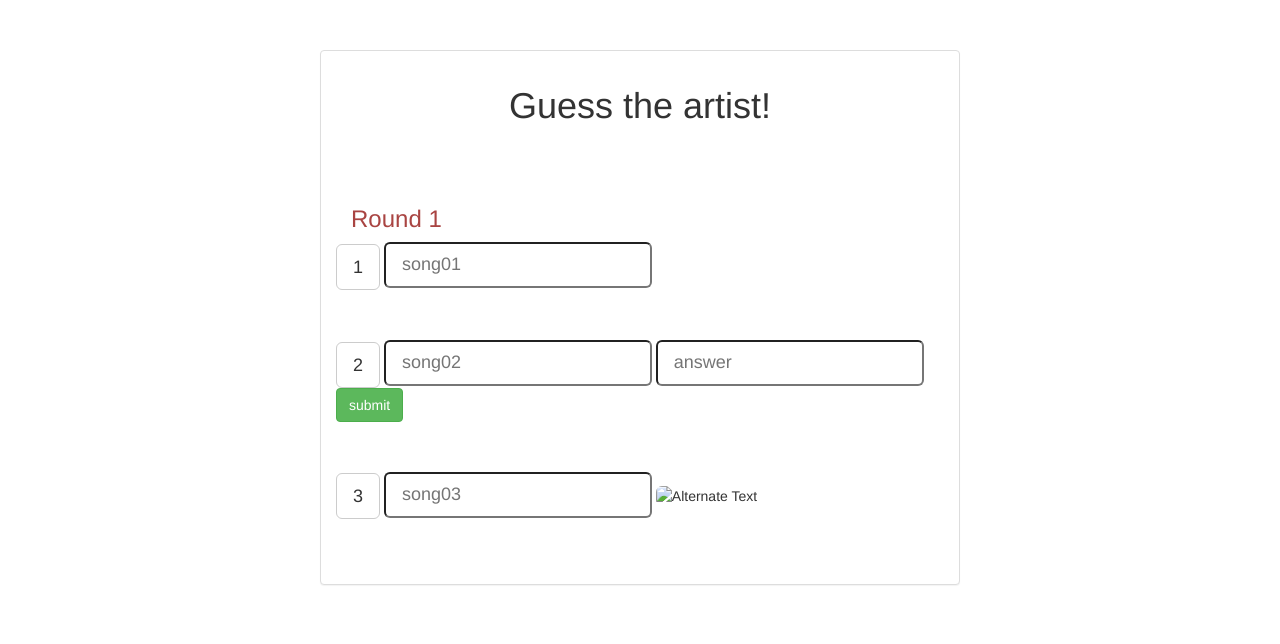
Repository: VladLevishevGIT/MyProjects
Page: Java/GuessTheArtistQuizWeb/WebContent/GuessTheArtist.html
An editor plug-in stored every save of this project. The page is shown before and after the next save, followed by the edit.
The browser window is 1280 px wide. The pictures show the whole page.
The page's requests for data from a server got no answer.

Above is the page before, as saved 2017-03-05 10:41:43.

### Java/GuessTheArtistQuizWeb/WebContent/GuessTheArtist.html
<!DOCTYPE html>
<html lang="en">
<head>
    <meta charset="utf-8">
    <meta http-equiv="X-UA-Compatible" content="IE=edge">
    <meta name="viewport" content="width=device-width, initial-scale=1">
    <title>Test Page</title>
    <link href="bootstrap/css/bootstrap.min.css" rel="stylesheet">
    <script src="jquery/jquery-3.1.1.min.js"></script>
    <script src="bootstrap/js/bootstrap.min.js"></script>
    <script src="angular/angular.min.js"></script>
    <script src="angular/angularCode.js"></script>
</head>
<body>
    <div style="height:50px"></div>
        <div class="panel panel-default col-lg-offset-3 col-lg-6" ng-app="myApp">
            <div class="panel-body" ng-controller="myCtrl">
                <div class="text-center"><h1>Guess the artist!</h1></div>
                <div class="input-group">
                    <div style="height:50px"></div>
                    <div class="text-danger"><h3>Round 1</h3></div>
                    <div class="row">
                        <button type="button" class="btn btn-lg btn-default">1</button>
                        <input type="text" name="song01" value="{{round.firstSong}}" class="input input-lg" placeholder="song01" />
                    </div>
                    <div style="height:50px"></div>
                    <div class="row">
                        <button type="button" class="btn btn-lg btn-default">2</button>
                        <input type="text" name="song02" value="{{round.secondSong}}" class="input-lg" placeholder="song02"/>
                        <input type="text" name="answer" value="" class="input-lg" placeholder="answer" ng-model="inputValue"/>
                        <button class="btn btn-success" ng-click="getOneMoreSong(inputValue)">submit</button>
                    </div>
                        <div style="height:50px"></div>
                    <div class="row">
                        <button type="button" class="btn btn-lg btn-default">3</button>
                        <input type="text" name="song03" value="{{round.thirdSong}}" class="input-lg" placeholder="song03"/>
                        <img src="#" alt="Alternate Text" class="img-rounded" />
                    </div>
                        <div style="height:50px"></div>
                    </div>
            </div>
        </div>
</body>
</html>

### Java/GuessTheArtistQuizWeb/WebContent/angular/angularCode.js
var mainApp = angular.module('myApp', [])

mainApp.controller('myCtrl',

function($scope, $http) {

    $http.get('rest/quizWebService/getFirstSong').
        then(function(response) {
            $scope.round = response.data
        });

    $scope.getOneMoreSong = function(inputValue){
    	$http.get('rest/quizWebService/getOneMoreSong/'+inputValue)
    	.then(function(response){
    		$scope.round = response.data
    		$scope.inputValue = null;
    	});
    };
});

Loaded but not shown: Java/GuessTheArtistQuizWeb/WebContent/bootstrap/css/bootstrap.min.css (library); Java/GuessTheArtistQuizWeb/WebContent/jquery/jquery-3.1.1.min.js (library); Java/GuessTheArtistQuizWeb/WebContent/bootstrap/js/bootstrap.min.js (library); Java/GuessTheArtistQuizWeb/WebContent/angular/angular.min.js (library)

After the next save:
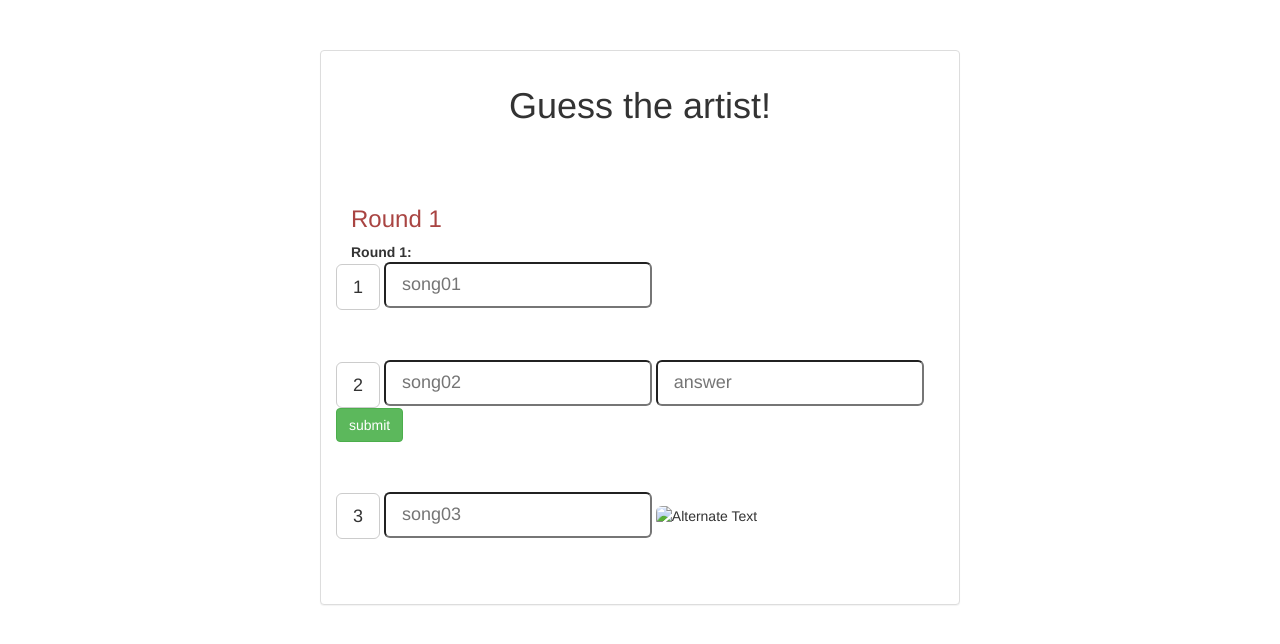
Saved 106 s later.
--- a/Java/GuessTheArtistQuizWeb/WebContent/GuessTheArtist.html
+++ b/Java/GuessTheArtistQuizWeb/WebContent/GuessTheArtist.html
@@ -19,6 +19,7 @@
                 <div class="input-group">
                     <div style="height:50px"></div>
                     <div class="text-danger"><h3>Round 1</h3></div>
+                    <div><strong>Round 1: {{round.roundScore}}</strong></div>
                     <div class="row">
                         <button type="button" class="btn btn-lg btn-default">1</button>
                         <input type="text" name="song01" value="{{round.firstSong}}" class="input input-lg" placeholder="song01" />
